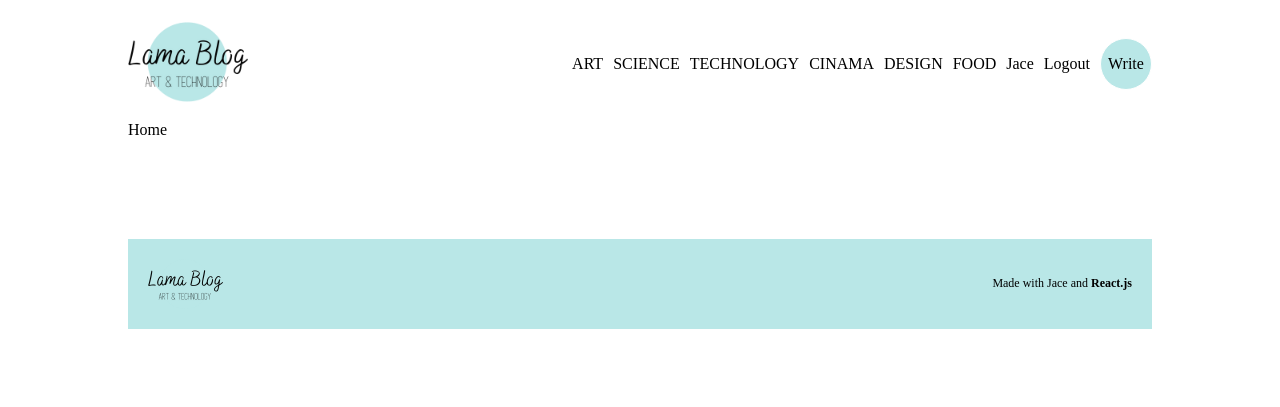
Repository: Jace9999/V-Blog
Page: / (app in client/)
The author's editor kept a copy of each file at every save. The page is drawn from the files as they stood at one save, then again after the next save.
The browser window is 1280 px wide. The pictures show the whole page.
The project was rebuilt for these pictures with package versions that can differ from the ones it lists, and the page was loaded fresh each time. Also part of the build but not shown: client/vite.config.js, client/src/pages/Register.jsx, client/src/pages/Single.jsx, client/src/pages/Write.jsx, client/src/pages/Login.jsx.

Above is the page before, as saved 2023-08-03 20:02:12.

After the next save:
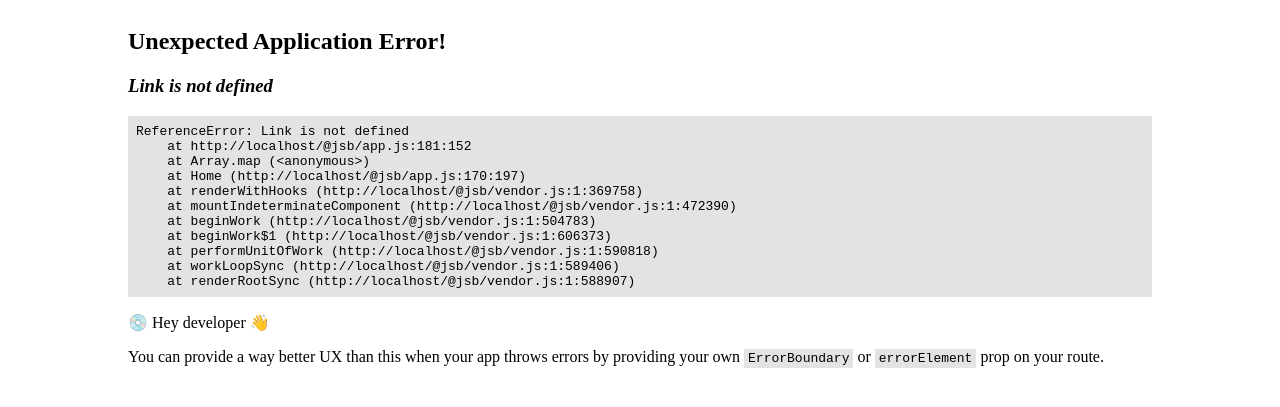
Console error: ReferenceError: Link is not defined
Saved 5 min 42 s later.
--- a/client/src/pages/Home.jsx
+++ b/client/src/pages/Home.jsx
@@ -29,6 +29,22 @@ import React from 'react'
 
 export const Home = () => {
   return (
-    <div className='home'>Home</div>
+    <div className='home'>
+      <div className='posts'>
+        {posts.map((post)=>{
+          <div className='post' key={post.id}>
+            <div className='img'>
+              <img src={post.img} alt = ""/>
+            </div>
+            <div className='content'>
+              <Link to={`/post/${post.id}`}>
+                <h1>{post.title}</h1>
+                <p>{post.desc}</p>
+              </Link>
+            </div>
+          </div>
+        })}
+      </div>
+    </div>
   )
 }
